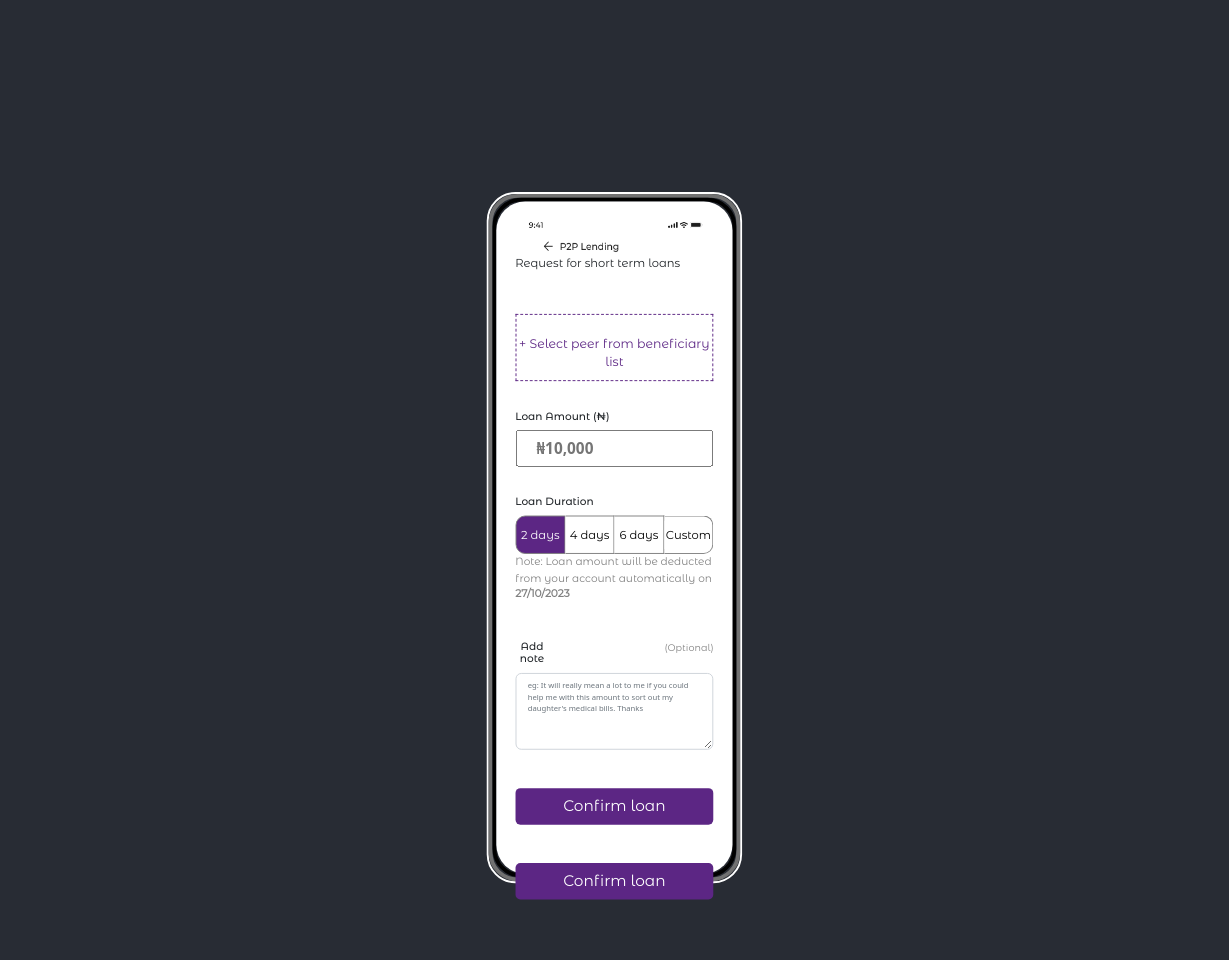
Repository: sarahnnanyelugo/fcmb-hackathon
Page: /loan-interface
An editor plug-in stored every save of this project. The page is shown before and after the next save, followed by the edit.
The browser window is 1280 px wide. The pictures show the whole page, at 96% of full size.
The project was rebuilt for these pictures with package versions that can differ from the ones it lists, and the page was loaded fresh each time. Also part of the build but not shown: src/Pages/Home.js.

Above is the page before, as saved 2023-10-28 23:06:41.

### src/App.js
import "bootstrap/dist/css/bootstrap.min.css";
import { BrowserRouter, Routes, Route, Link, Outlet } from "react-router-dom";
import Home from "./Pages/Home";
import LoanInterface from "./Pages/LoanInterface";
import "./App.scss";
function App() {
  return (
    <>
      <Routes>
        <Route path="/" element={<Home />} />
        <Route path="loan-interface" element={<LoanInterface />} />
      </Routes>
    </>
  );
}
export default App;

### src/Pages/LoanInterface.js
import Top from "../assets/images/top.png";
import Back from "../assets/images/back.png";

import "./style.scss";
import { useState } from "react";
import { Link } from "react-router-dom";
import Beneficiaries from "../components/Beneficiaries";
import PasswordInput from "../components/PasswordInput";

function LoanInterface() {
  const [toDuration, setToDuration] = useState("2 days");
  function setThisDuration(curr) {
    if (curr !== toDuration) {
      setToDuration(curr);
    }
  }
  return (
    <>
      <div className="app-header">
        <center>
          <div className="col-md-3">
            <center>
              <div className="col-md-10 app">
                <div className="app-inner">
                  <div className="app-inner2">
                    <div className="app-face">
                      {" "}
                      <img src={Top} alt="icon" width="100%" />{" "}
                      <div className="col-md-12">
                        {" "}
                        <Link to={"/"} style={{ float: "left" }}>
                          {" "}
                          <img src={Back} alt="icon" width="60%" />
                        </Link>
                        <p style={{ float: "left" }}>
                          Request for short term loans
                        </p>
                      </div>
                      <div className="col-md-12">
                        {" "}
                        <Beneficiaries />
                      </div>
                      <div className="col-md-12 amount">
                        <h6 style={{ float: "left" }}>Loan Amount (₦)</h6>
                        <input placeholder="₦10,000" type="text" />
                      </div>
                      <div className="col-md-12 duration">
                        <h6 style={{ float: "left" }}>Loan Duration</h6>

                        <div className="col-md-12 flexy button-holder">
                          <button
                            onClick={() => setThisDuration("2 days")}
                            id="btn1"
                            className={` ${
                              toDuration === "2 days" ? "curr-active" : ""
                            }`}
                          >
                            2 days
                          </button>
                          <button
                            onClick={() => setThisDuration("4 days")}
                            id="btn2"
                            className={` ${
                              toDuration === "4 days" ? "curr-active" : ""
                            }`}
                          >
                            4 days
                          </button>
                          <button
                            onClick={() => setThisDuration("6 days")}
                            id="btn3"
                            className={` ${
                              toDuration === "6 days" ? "curr-active" : ""
                            }`}
                          >
                            6 days
                          </button>
                          <button
                            onClick={() => setThisDuration("Custom")}
                            id="btn4"
                            className={` ${
                              toDuration === "Custom" ? "curr-active" : ""
                            }`}
                          >
                            Custom
                          </button>
                        </div>
                        <p>
                          Note: Loan amount will be deducted from your account
                          automatically on <span> 27/10/2023</span>
                        </p>
                      </div>
                      <div className="col-md-12 remark">
                        <div className="flexy">
                          {" "}
                          <h6>Add note</h6>
                          <small className="offset-md-7">(Optional)</small>
                        </div>
                        <textarea
                          placeholder="eg: It will really mean a lot to me if you could help me with this amount to sort out my daughter's medical bills. Thanks"
                          className="form-control"
                        />
                      </div>
                      <center>
                        <button className="confirm-btn">Confirm loan</button>
                      </center>
                      <PasswordInput />
                    </div>
                  </div>
                </div>
              </div>
            </center>
          </div>
        </center>
      </div>
    </>
  );
}

export default LoanInterface;

### src/App.scss
@font-face {
  font-family: montB;
  src: url(./assets/fonts/mont/MontserratAlternates-Medium.otf);
}
@font-face {
  font-family: montBB;
  src: url(./assets/fonts/mont/MontserratAlternates-Bold.otf);
}
@font-face {
  font-family: montR;
  src: url(./assets/fonts/mont/MontserratAlternates-Regular.otf);
}

h1,
h2,
h3,
h4,
h5,
h6 {
  font-family: montB;
}
p,
small,
button,
a,
li {
  font-family: montR;
}
p {
  font-size: 12px;
}

### src/Pages/style.scss
.app-header {
  background-color: #282c34;
  height: 1000px;
  padding-top: 200px;
  width: 100%;
}

.app {
  border: solid 2px #fff;
  height: 720px;
  border-radius: 30px;
}
.app-inner {
  border: solid 4px #717171;
  height: 100%;
  border-radius: 30px;
}
.app-inner2 {
  border: solid 4px #000;
  height: 100%;
  border-radius: 30px;
}
.app-face {
  background: #fff;
  height: 100%;
  border-radius: 30px;
  padding: 10px 20px 0px 20px;
  a {
    color: #5c2684;
    text-decoration: none;
    font-size: 12px;
    font-weight: bold;
  }
}
.flexy {
  display: flex;
}
.flexy1 {
  flex-grow: 1;
}
.balance {
  h5 {
    color: #5c2684;
    margin-bottom: 30px;
  }
  small {
    font-size: 10px;
  }
  img {
    margin-top: -10px;
  }
}
.access {
  margin-top: 50px;
  h6 {
    font-size: 12px;
    margin-top: 5px;
  }
  a {
    color: #000;
  }
}
.access2 {
  margin-top: 20px;
  margin-bottom: 20px;
  h6 {
    font-size: 12px;
    margin-top: 5px;
  }
  a {
    color: #000;
  }
}
.transactions {
  margin-top: 20px;
  h6 {
    font-size: 11px;
    margin-bottom: 0 !important;
    margin-top: 10px;
  }
  a {
    font-size: 10px;
    color: grey;
    text-decoration: none;
    margin-top: 0;
  }
}
.footer {
  border-top: solid 1px rgb(202, 201, 201);
  padding-top: 15px;
  margin-top: 10px;
  h6 {
    font-size: 11px;
  }
}
.dash {
  border-radius: 10px;
  border: solid 2px black;
  height: 2px;
}
.amount {
  margin-top: 30px;
  h6 {
    font-size: 11px;
  }
  input {
    padding: 5px 20px;
    width: 100%;
    font-weight: bold;
    color: #000 !important;
  }
}
.duration {
  margin-top: 30px;
  h6 {
    font-size: 11px;
  }
  p {
    font-size: 11px;
    color: grey;
    text-align: left;
    span {
      font-weight: bold;
    }
  }
  button {
    border: none;
    padding: 10px 0px;
    font-size: 12px;
    width: 100%;
    background: #fff;
    border-top: solid 1px grey;
    border-bottom: solid 1px grey;
  }
  #btn1 {
    border-top-left-radius: 10px;
    border-bottom-left-radius: 10px;
    border-left: solid 1px grey;
  }
  #btn4 {
    border-top-right-radius: 10px;
    border-bottom-right-radius: 10px;
  }
  #btn4,
  #btn1,
  #btn2,
  #btn3 {
    border-right: solid 1px grey;
  }
}
.curr-active {
  background: #5c2684 !important;
  color: #fff !important;
}
.remark {
  margin-top: 40px;
  h6 {
    font-size: 11px;
  }
  small {
    font-size: 10px;
    color: grey;
  }
  textarea {
    height: 80px;
    font-size: 8px;
  }
}

### src/components/Beneficiaries.js
import { useState } from "react";
import Button from "react-bootstrap/Button";
import Modal from "react-bootstrap/Modal";
import "./components.scss";
import Bank from "../assets/images/bank.png";

function Beneficiaries() {
  const [show, setShow] = useState(false);

  const handleClose = () => setShow(false);
  const handleShow = () => setShow(true);

  return (
    <>
      <div onClick={handleShow} className="beneficiary-modal">
        <p>+ Select peer from beneficiary list</p>
      </div>
      <Modal
        show={show}
        onHide={handleClose}
        size="sm"
        aria-labelledby="contained-modal-title-vcenter"
        centered
      >
        <Modal.Header closeButton>
          <Modal.Title>
            <h6>Select Peer</h6>
          </Modal.Title>
        </Modal.Header>
        <Modal.Body>
          <div className="col-md-12 modal-inside">
            <form>
              <input type="search" placeholder="search" />
            </form>
            <div className="flexy">
              {" "}
              <div className="col-md-2">
                {" "}
                <img src={Bank} alt="icon" width="80%" />
              </div>
              <div>
                <h6>Team 1</h6>
                <p>Second Bank</p>
              </div>
            </div>
            <div className="flexy">
              {" "}
              <div className="col-md-2">
                {" "}
                <img src={Bank} alt="icon" width="80%" />
              </div>
              <div>
                <h6>Account name4</h6>
                <p>Bank name4</p>
              </div>
            </div>
            <div className="flexy">
              {" "}
              <div className="col-md-2">
                {" "}
                <img src={Bank} alt="icon" width="80%" />
              </div>
              <div>
                <h6>Account name3</h6>
                <p>Bank name3</p>
              </div>
            </div>
            <center>
              <a href="#">View more</a>
            </center>
          </div>
        </Modal.Body>
      </Modal>
    </>
  );
}

export default Beneficiaries;

### src/components/PasswordInput.js
import { useState } from "react";
import Button from "react-bootstrap/Button";
import Modal from "react-bootstrap/Modal";
import "./components.scss";
import Bank from "../assets/images/bank.png";

function PasswordInput() {
  const [show, setShow] = useState(false);

  const handleClose = () => setShow(false);
  const handleShow = () => setShow(true);

  return (
    <>
      <button onClick={handleShow} className="confirm-btn">
        Confirm loan
      </button>
      <Modal
        show={show}
        onHide={handleClose}
        size="sm"
        aria-labelledby="contained-modal-title-vcenter"
        centered
      >
        <Modal.Header closeButton>
          <Modal.Title>
            <h6>Select Peer</h6>
          </Modal.Title>
        </Modal.Header>
        <Modal.Body>
          <div className="col-md-12 modal-inside">
            <form>
              <input type="search" placeholder="search" />
            </form>
            <div className="flexy">
              {" "}
              <div className="col-md-2">
                {" "}
                <img src={Bank} alt="icon" width="80%" />
              </div>
              <div>
                <h6>Team 1</h6>
                <p>Second Bank</p>
              </div>
            </div>
            <div className="flexy">
              {" "}
              <div className="col-md-2">
                {" "}
                <img src={Bank} alt="icon" width="80%" />
              </div>
              <div>
                <h6>Account name4</h6>
                <p>Bank name4</p>
              </div>
            </div>
            <div className="flexy">
              {" "}
              <div className="col-md-2">
                {" "}
                <img src={Bank} alt="icon" width="80%" />
              </div>
              <div>
                <h6>Account name3</h6>
                <p>Bank name3</p>
              </div>
            </div>
            <center>
              <a href="#">View more</a>
            </center>
          </div>
        </Modal.Body>
      </Modal>
    </>
  );
}

export default PasswordInput;

### src/components/components.scss
.beneficiary-modal {
  height: 70px;
  width: 100%;
  border: dashed 1px #5c2684;
  margin-top: 80px;
  color: #5c2684;
  padding-top: 20px;
  p {
    font-size: 13px;
  }
}
// .modal-body {
//   border: none !important;
// }
.modal-inside {
  input {
    margin-bottom: 30px;
    border: solid 1px rgb(215, 213, 213);
    width: 100%;
    padding: 5px 20px;
  }
  img {
    border-radius: 50%;
  }
  h6 {
    font-size: 13px;
    margin-bottom: 0 !important;
  }
  p {
    font-size: 11px;
  }
  a {
    color: #5c2684;
    font-size: 11px;
    font-weight: bold;
    text-decoration: none;
  }
}
////////////////////////////////////////////////////////////////////////////////////////////////
.confirm-btn {
  background: #5c2684;
  color: #fff;
  width: 100%;
  margin-top: 40px;
  border: none;
  border-radius: 5px;
  padding: 7px 0;
}

Loaded but not shown: public/index.html (common file); src/index.js (common file); src/index.css (common file); src/reportWebVitals.js (common file)

After the next save:
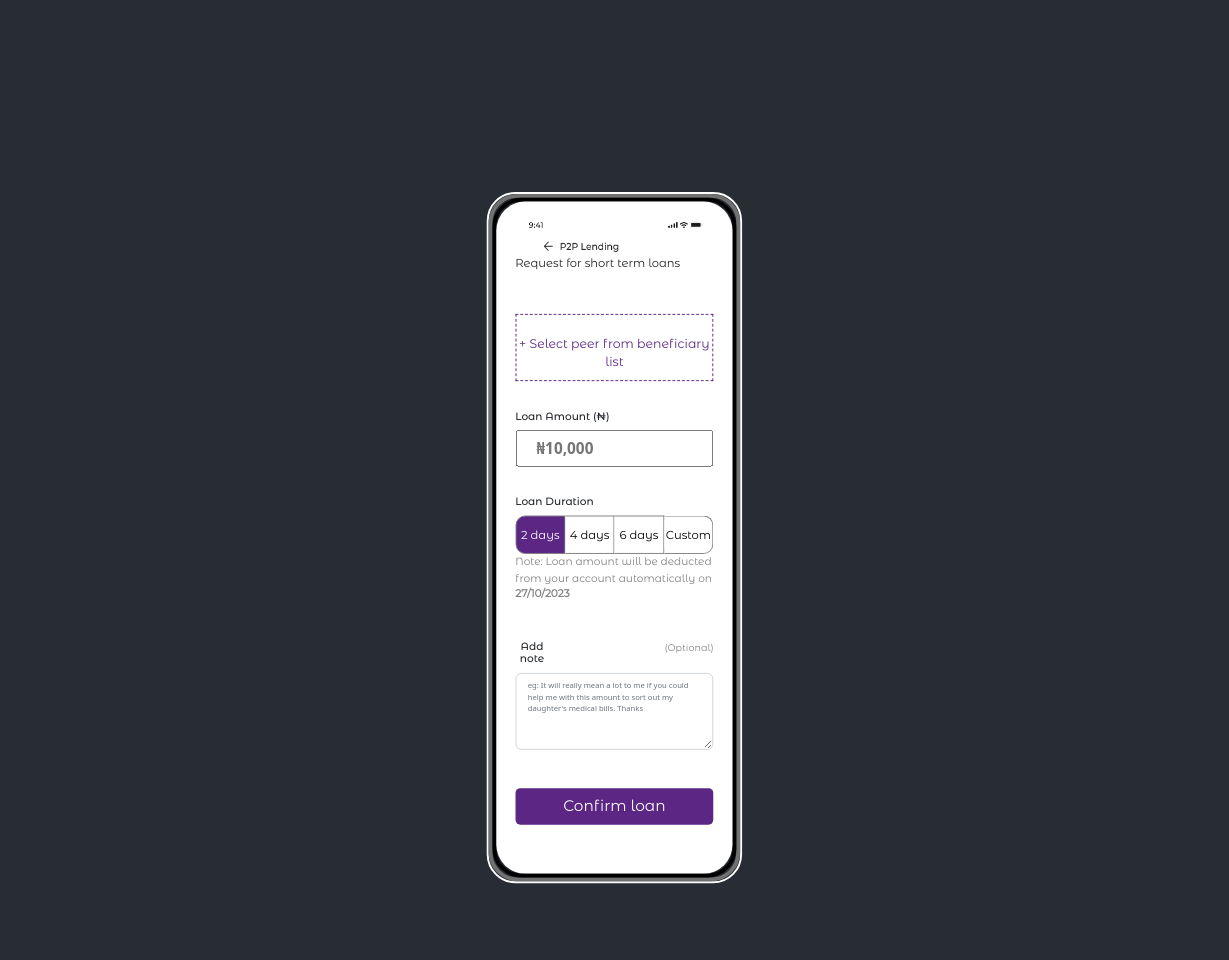
Saved 21 s later.
--- a/src/Pages/LoanInterface.js
+++ b/src/Pages/LoanInterface.js
@@ -102,9 +102,8 @@ function LoanInterface() {
                         />
                       </div>
                       <center>
-                        <button className="confirm-btn">Confirm loan</button>
+                        <PasswordInput />
                       </center>
-                      <PasswordInput />
                     </div>
                   </div>
                 </div>
